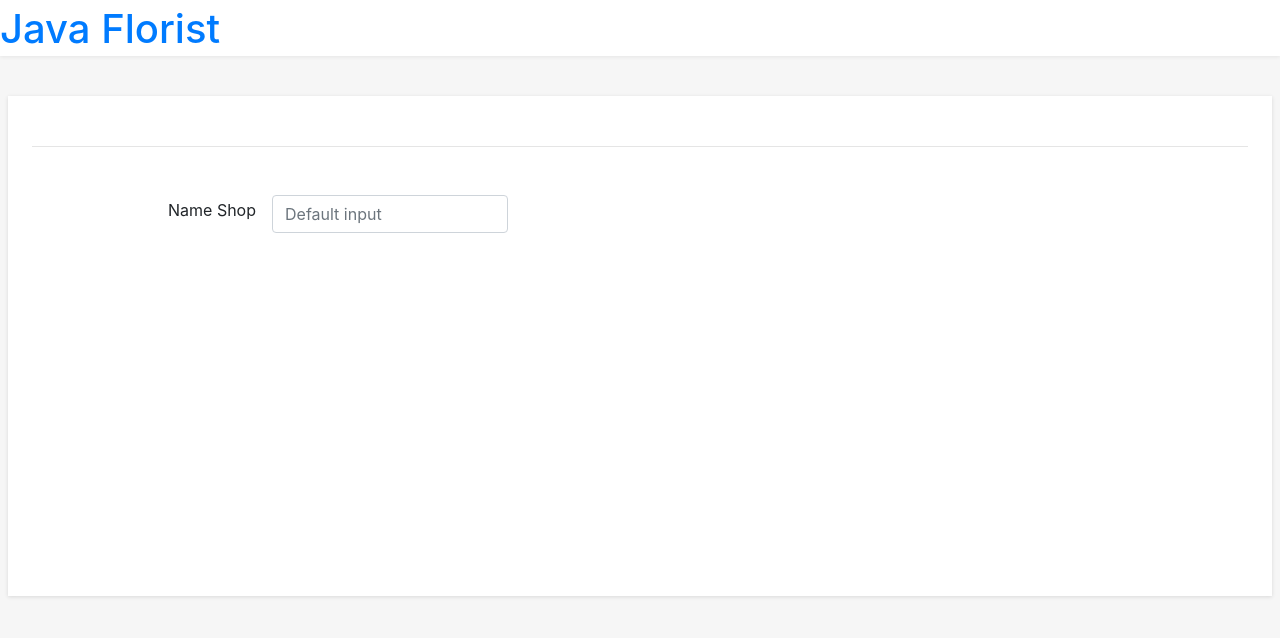
Repository: hienttm/flower-java-florist
Page: JavaFlorist/JavaFlorist/wwwroot/BecomePartner/index.html
An editor plug-in stored every save of this project. The page is shown before and after a run of saves, followed by the edit.
The browser window is 1280 px wide. The pictures show the whole page.
Some web libraries are served in a nearby version.

Above is the page before, as saved 2023-12-29 17:48:49.

### JavaFlorist/JavaFlorist/wwwroot/BecomePartner/index.html
<!DOCTYPE html>
<html lang="en">
<head>
    <meta charset="UTF-8">
    <meta name="viewport" content="width=device-width, initial-scale=1.0">
    <title>Document</title>
        <!-- Google Web Fonts -->
        <link rel="preconnect" href="https://fonts.googleapis.com">
        <link rel="preconnect" href="https://fonts.gstatic.com" crossorigin>
        <link href="https://fonts.googleapis.com/css2?family=Open+Sans:wght@400;600&family=Raleway:wght@600;800&display=swap" rel="stylesheet">

        <!-- Icon Font Stylesheet -->
        <link rel="stylesheet" href="https://use.fontawesome.com/releases/v5.15.4/css/all.css" />
        <link href="https://cdn.jsdelivr.net/npm/bootstrap-icons@1.4.1/font/bootstrap-icons.css" rel="stylesheet">

            <!-- Customized Bootstrap Stylesheet -->
            <link rel="stylesheet" href="https://cdn.jsdelivr.net/npm/bootstrap@4.0.0/dist/css/bootstrap.min.css" integrity="sha384-Gn5384xqQ1aoWXA+058RXPxPg6fy4IWvTNh0E263XmFcJlSAwiGgFAW/dAiS6JXm" crossorigin="anonymous">
        <link rel="stylesheet" href="style/Partner.css">
</head>
<body>
    <!-- Spinner Start -->
    <div class="onboarding-page">
        <div class="header">
            <a asp-action="Index" asp-controller="Home" class="navbar-brand"><h1 class="text-primary display-6"> Java Florist</h1></a>
        </div>
        <div class="onboarding">
            <div class="onboarding-layout__main">
                <div class="onboarding-layout__content onboarding-layout__card">
                    <div class="flow-step-content">
                        <div class="steps-header"></div>
                        <div class="form-input">
                            <form action="">
                                <div class="onboarding-form-item d-flex align-items-center">
                                    <label class="pr-3" for="">Name Shop</label>
                                    <input class="form-control w-25" type="text" placeholder="Default input">
                                </div>
                            </form>
                        </div>
                    </div>

                </div>
            </div>
        </div>
    </div>


        <!-- JavaScript Libraries -->
        <script src="https://ajax.googleapis.com/ajax/libs/jquery/3.6.4/jquery.min.js"></script>
        <script src="https://cdn.jsdelivr.net/npm/bootstrap@5.0.0/dist/js/bootstrap.bundle.min.js"></script>
</body>
</html>

### JavaFlorist/JavaFlorist/wwwroot/BecomePartner/style/Partner.css
*,
*:before,
*:after {
  box-sizing: border-box;
}
* {
  margin: 0;
  padding: 0;
  font: inherit;
}
img,
picture,
svg,
video {
  display: block;
  max-width: 100%;
}
input,
select,
textarea {
  background-color: transparent;
  outline: none;
}
button {
  cursor: pointer;
  background-color: transparent;
  outline: none;
  border: 0;
}
body {
  min-height: 100vh;
  font-weight: 400;
  font-size: 16px;
  line-height: 1;
}

.onboarding-page{
    padding-top: 56px;
    min-width: 1264px;
    margin: 0 auto;
}
.header{
    position: fixed;
    top: 0;
    left: 0;
    width: 100%;
    height: 56px;
    box-shadow: 0 1px 4px 0 rgba(0,0,0,.07);
    background-color: #fff;
    z-index: 100001;
}

.navbar-brand{
    color: #CDB4DB !important;
}
.onboarding {
    min-height: calc(100vh - 56px - 40px);
    padding-bottom: 40px;
    background-color: #f6f6f6;
    }

.onboarding-layout__main {
        padding-top: 40px;
}

.onboarding-layout__card {
    width: 1264px;
    margin: 0 auto;
    height: 500px;
    background-color: #fff;
    box-shadow: 0 1px 4px 0 rgba(0,0,0,.12);
    }

    .flow-step-content{
        padding: 50px 24px;
    }
    .steps-header{
        border-bottom: 1px solid #e5e5e5;
    }

    .form-input{
        max-width: 944px;
        margin: 48px auto 40px;
        min-height: 198px;
}

After the next 2 saves:
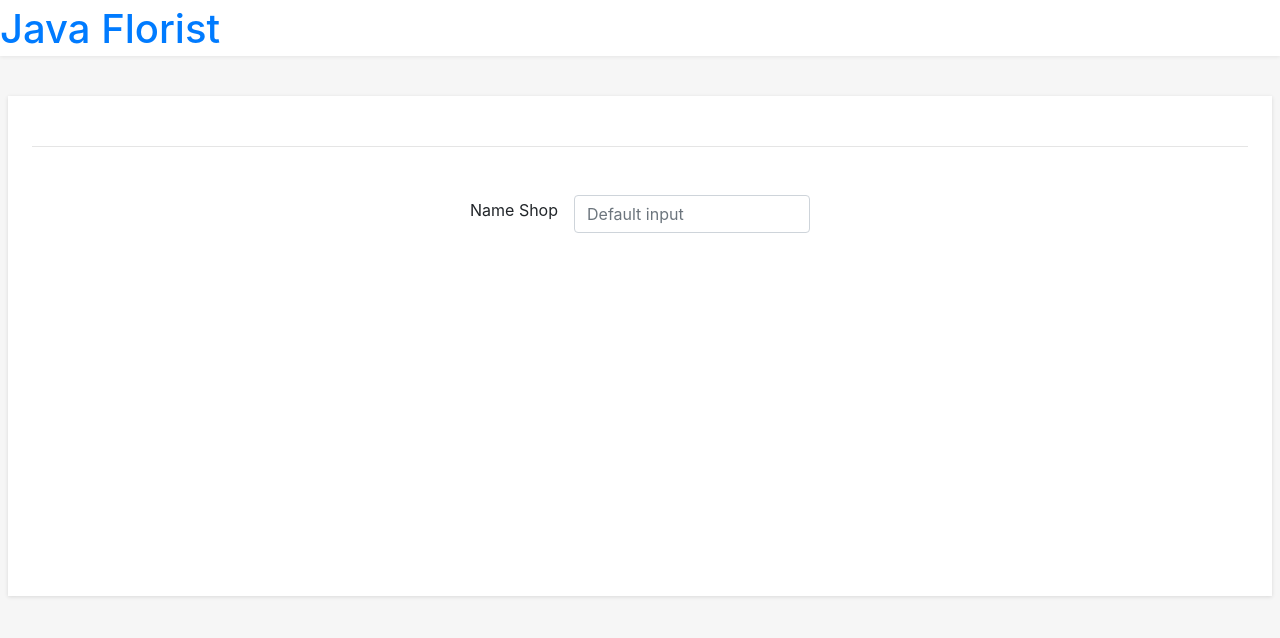
The 2 saves are shown as one change because they came seconds apart.
The last was saved 13 s later.
--- a/JavaFlorist/JavaFlorist/wwwroot/BecomePartner/index.html
+++ b/JavaFlorist/JavaFlorist/wwwroot/BecomePartner/index.html
@@ -30,7 +30,7 @@
                         <div class="steps-header"></div>
                         <div class="form-input">
                             <form action="">
-                                <div class="onboarding-form-item d-flex align-items-center">
+                                <div class="onboarding-form-item d-flex align-items-center justify-content-center">
                                     <label class="pr-3" for="">Name Shop</label>
                                     <input class="form-control w-25" type="text" placeholder="Default input">
                                 </div>
